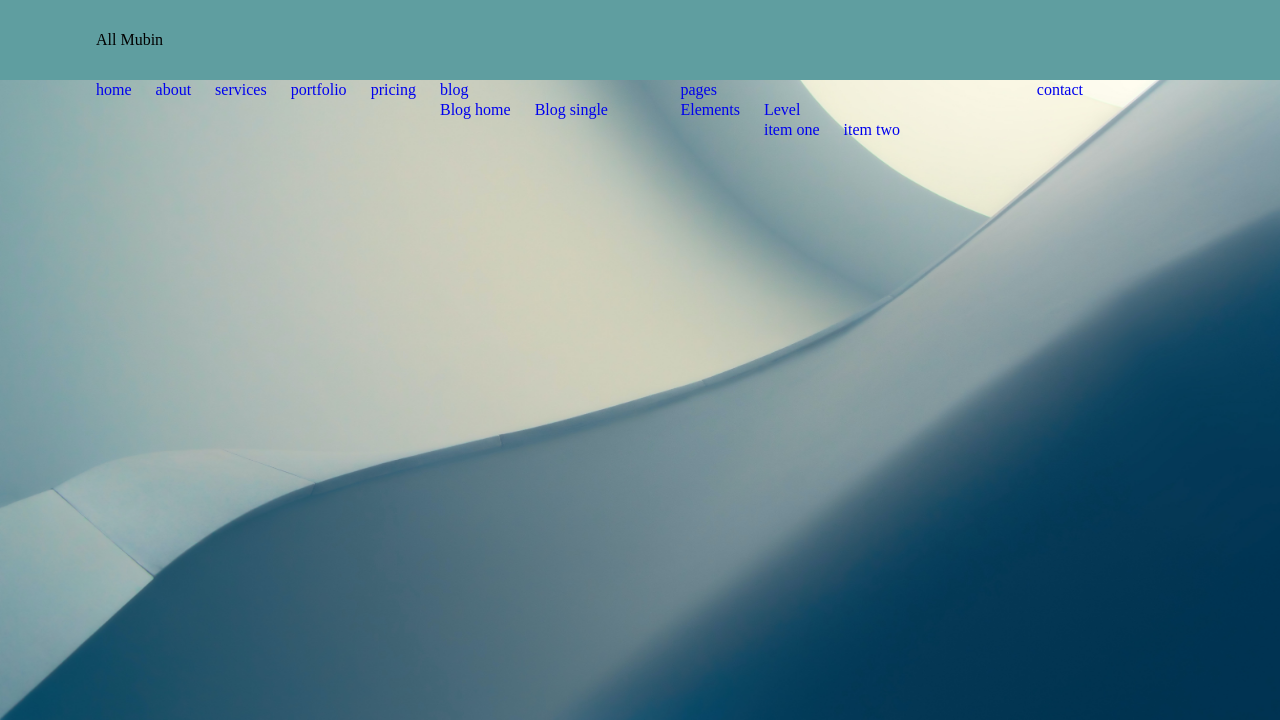
Repository: mdaj6804gmail/1-page-web-theme
Page: project 4/index.html
An editor plug-in stored every save of this project. The page is shown before and after the next save, followed by the edit.
The browser window is 1280 px wide. The pictures show the whole page.

Above is the page before, as saved 2022-12-18 18:53:30.

### project 4/index.html
<!DOCTYPE html>
<html lang="en">
<head>
    <meta charset="UTF-8">
    <meta http-equiv="X-UA-Compatible" content="IE=edge">
    <meta name="viewport" content="width=device-width, initial-scale=1.0">
    <link rel="stylesheet" href="style.css">
    <title>Document</title>
</head>
<body>
    <header>
        <nav>
            <div class="logo">All Mubin </div>
            <ul>
                <li><a href="#">home</a></li>
                <li><a href="#">about</a></li>
                <li><a href="#">services</a></li>
                <li><a href="#">portfolio</a></li>
                <li><a href="#">pricing</a></li>
                <li><a href="#">blog</a>
                    <ul>
                        <li><a href="#">Blog home</a></li>
                        <li><a href="#">Blog single</a></li>
                    </ul>
                </li>
                <li><a href="#">pages</a>
                     <ul>
                        <li><a href="#">Elements</a></li>
                        <li><a href="#">Level</a>
                        <ul>
                            <li><a href="#">item one</a></li>
                            <li><a href="#">item two</a></li>
                        </ul>
                        </li>
                     </ul>
                </li>
                <li><a href="#">contact</a></li>
            </ul>
        </nav>
    </header>

</body>
</html>

### project 4/style.css
*{
    padding: 0;
    margin: 0;
    box-sizing: border-box;
    text-decoration: none;
    list-style: none;
}

body{
    background-image: url(pexels-johannes-plenio-1103970.jpg);
    background-attachment: fixed;
    background-position: center center;
    background-repeat: no-repeat;
    background-size: 100% 100%;

}

header{
    width: 100%;
    height: 80px;

    background-color: cadetblue;


}
nav{ width: 85%;
    margin: 0 auto;
    line-height: 80px;


}

header nav ul{
    float: right;
    line-height: 20px;
    width: 100%;
    height: auto;


}

header nav ul li{
    display: inline-block;
    margin-right: 20px;

}

After the next save:
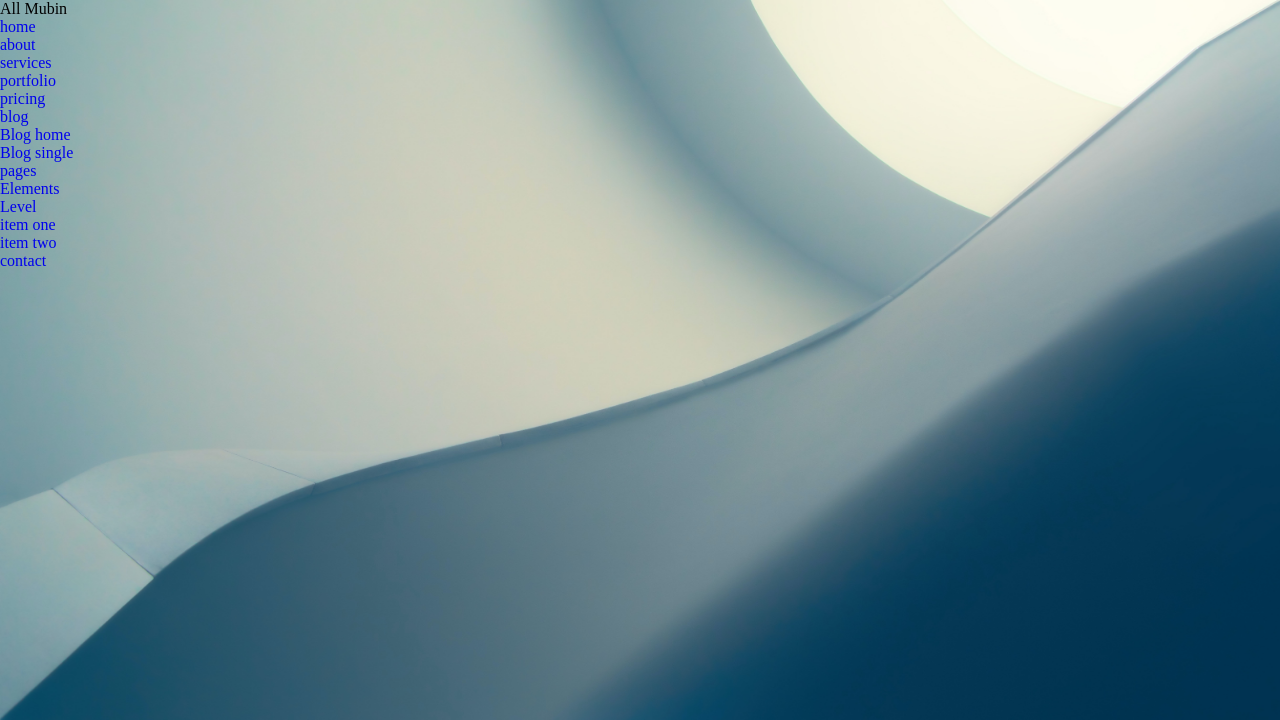
Saved 55 min 24 s later.
--- a/project 4/style.css
+++ b/project 4/style.css
@@ -14,33 +14,3 @@
     background-size: 100% 100%;
 
 }
-
-header{
-    width: 100%;
-    height: 80px;
-
-    background-color: cadetblue;
-
-
-}
-nav{ width: 85%;
-    margin: 0 auto;
-    line-height: 80px;
-
-
-}
-
-header nav ul{
-    float: right;
-    line-height: 20px;
-    width: 100%;
-    height: auto;
-
-
-}
-
-header nav ul li{
-    display: inline-block;
-    margin-right: 20px;
-
-}
